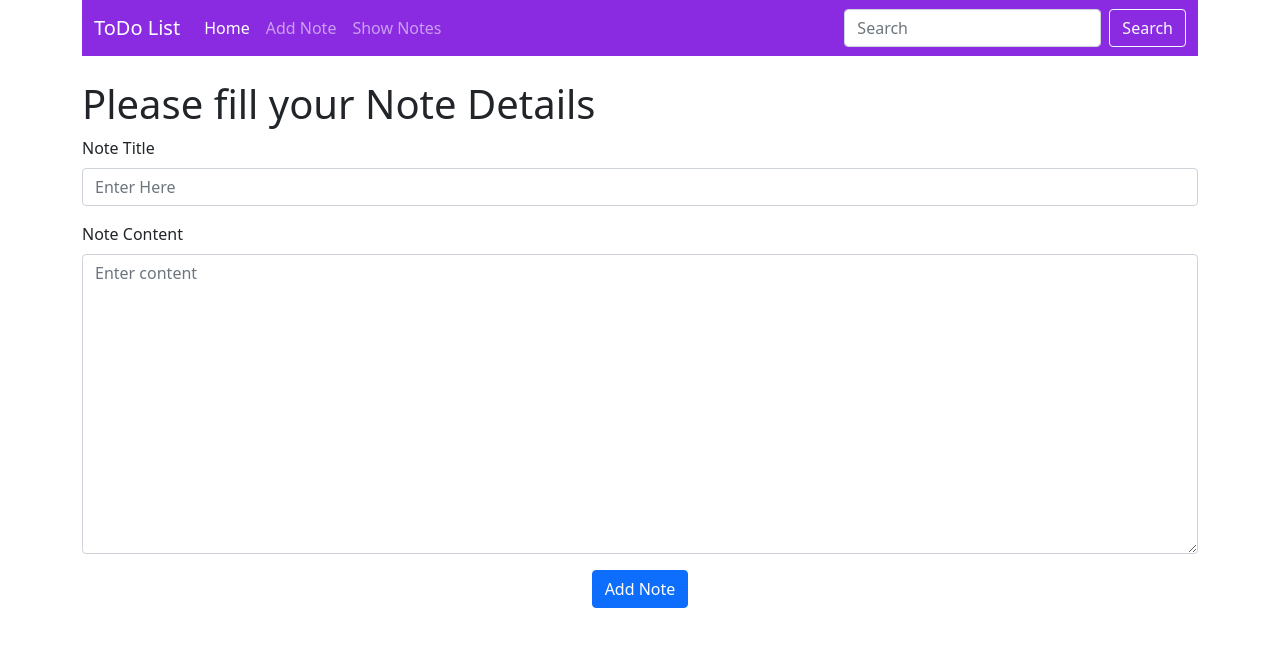
Repository: VishalSalvi17/Hibernate
Page: http://localhost/ToDoList/addnote.jsp
These files come from the project's save history. The page is drawn as it stood at one moment and after the next save; the edit follows.
The browser window is 1280 px wide. The pictures show the whole page.
The page is served by Tomcat 9.

Above is the page before, as saved 2023-03-17 07:16:14.

After the next save:
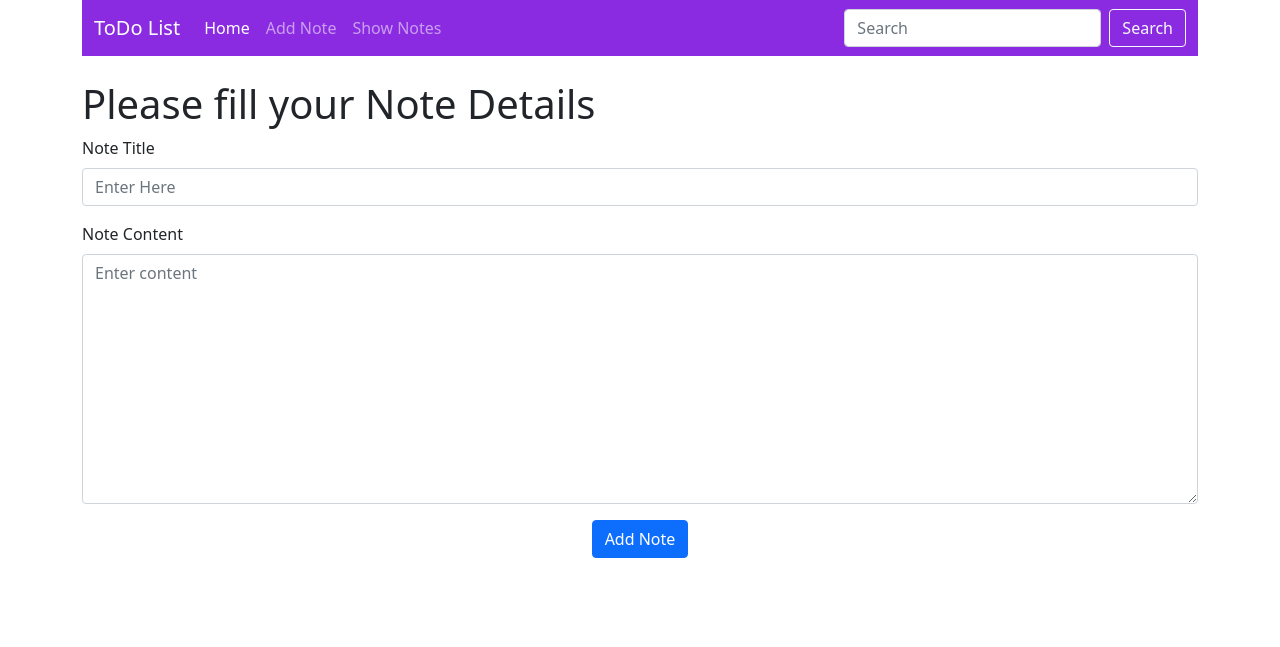
Saved 40 s later.
--- a/ToDoList/src/main/webapp/addnote.jsp
+++ b/ToDoList/src/main/webapp/addnote.jsp
@@ -29,7 +29,7 @@
 					Content</label>
 				<textarea name="content" required id="content"
 					placeholder="Enter content" class="form-control"
-					style="height: 300px;"></textarea>
+					style="height: 250px;"></textarea>
 			</div>
 			<div class="container text-center">
 				<button type="submit" class="btn btn-primary">Add Note</button>
